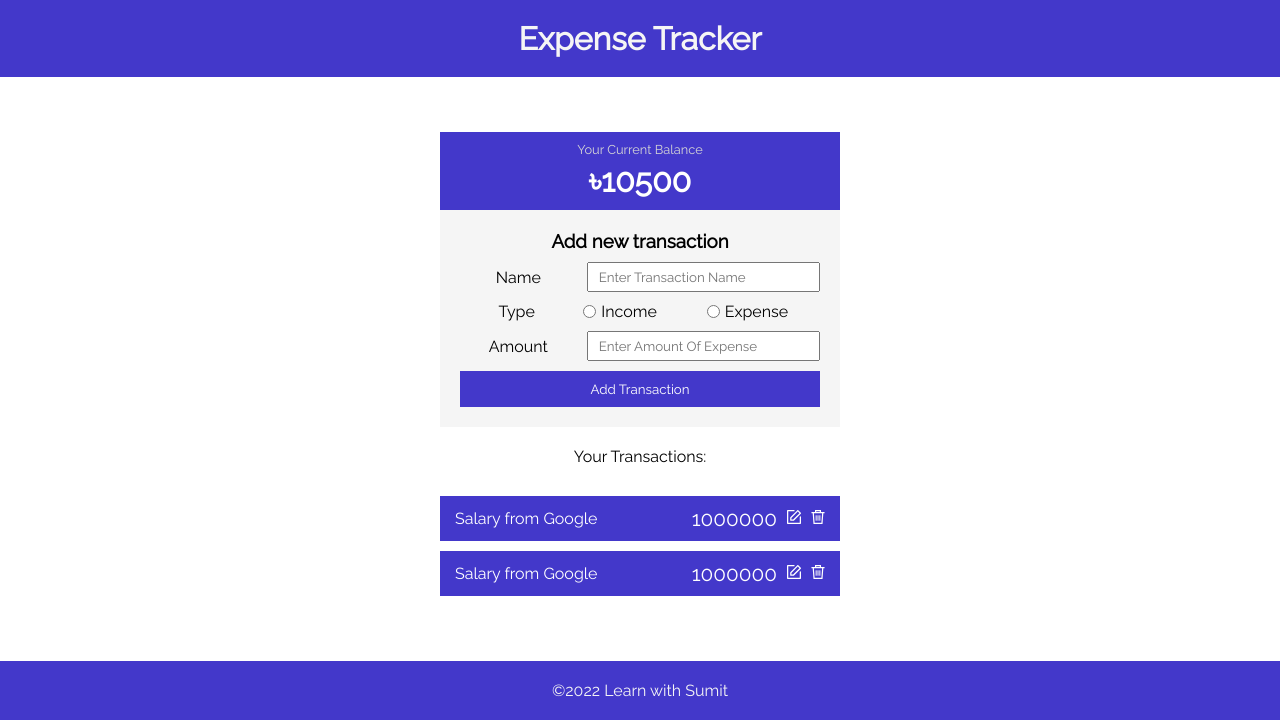
Repository: Tanvir3744/redux-expense-tracker
Page: /
The author's editor kept a copy of each file at every save. The page is drawn from the files as they stood at one save, then again after the next save.
The browser window is 1280 px wide. The pictures show the whole page.
The project was rebuilt for these pictures with package versions that can differ from the ones it lists, and the page was loaded fresh each time. Requests to the local data server were answered from the project's data file.

Above is the page before, as saved 2022-11-15 01:41:50.

### public/index.html
<!DOCTYPE html>
<html lang="en">
  <head>
    <meta charset="utf-8" />
    <link rel="icon" href="%PUBLIC_URL%/images/favicon.png" />
    <meta name="viewport" content="width=device-width, initial-scale=1" />
    <meta name="theme-color" content="#000000" />
    <meta
      name="description"
      content="Web site created using create-react-app"
    />
    <link rel="apple-touch-icon" href="%PUBLIC_URL%/logo192.png" />
    <!--
      manifest.json provides metadata used when your web app is installed on a
      user's mobile device or desktop. See https://developers.google.com/web/fundamentals/web-app-manifest/
    -->
    <link rel="manifest" href="%PUBLIC_URL%/manifest.json" />
    <link rel="stylesheet" href="%PUBLIC_URL%/css/style.css">

    <title>Monthly Expense Tracker</title>
  </head>
  <body>
    <noscript></noscript>
    <div id="root"></div>

  </body>
</html>

### src/app/store.js
import { configureStore, getDefaultMiddleware } from '@reduxjs/toolkit';
import transactionReducer from '../features/moneyTransApi/transSlice'

export const store = configureStore({
  reducer: {
    counter: transactionReducer,
  },
});

### src/App.js
import React from 'react';
import './App.css';
import Balance from './components/Balance';
import Form from './components/Form';
import Transations from './components/Transations';

function App() {
  return (
    <div className="App">
      <div className="header">
        <h1>Expense Tracker</h1>
      </div>
      <div className="main">
        <div className="container">
          <Balance />
          <Form />
          <Transations />
        </div>
      </div>
      {/* footer component */}
      <div className="footer">&copy;2022 Learn with Sumit</div>
    </div>
  );
}

export default App;

### src/features/moneyTransApi/transSlice.js
import { createAsyncThunk, createSlice } from "@reduxjs/toolkit"
import { getTransactions, addTransactions, updateTransactions, deleteTransactions } from './transApi'
// initializing the state
const initialState = {
    transactions: [],
    isLoading: false,
    isError: false,
    error: '',
    editing: {}
}

// async thunk for get request
export const fetchTransactions = createAsyncThunk('transaction/fetchTransaction', async () => {
    const transactions = await getTransactions()
    return transactions;
})

// async thunk for post data to server
export const createTransaction = createAsyncThunk('transaction/createTransaction', async (data) => {
    const transaction = await addTransactions(data);
    return transaction;
})

// async thunk for update data to server
export const updatingTransaction = createAsyncThunk('transaction/updateTransaction', async ({ id, data }) => {
    const editTransaction = await updateTransactions(id, data )  // here we always whould pass plain data not object
    return editTransaction;
})

// async thunk for deleting data from the server
export const deleteTransaction = createAsyncThunk('transaction/deleteTransaction', async (id) => {
    const delTransaction = await deleteTransactions(id);
    return delTransaction;
})

const transactionSlice = createSlice({
    name: 'transaction',
    initialState,
    reducers: {
        editActive: (state, action) => {
            state.editing = action.payload;
        },
        editInActive: (state, action) => {
            state.editing = {}
        }
    },
    extraReducers: (builder) => {
        builder
            .addCase(fetchTransactions.pending, (state, action) => {
                state.isLoading = false;
                state.isError = false;
            })
            .addCase(fetchTransactions.fulfilled, (state, action) => {
                state.isLoading = false;
                state.isError = false;
                state.error = '';
                state.transactions = action.payload;
            })
            .addCase(fetchTransactions.rejected, (state, action) => {
                state.isLoading = false;
                state.error = action.error?.message;
                state.isError = true;
                state.transactions = [];
            })
            .addCase(createTransaction.pending, (state, action) => {
                state.isLoading = false;
                state.isError = false;
            })
            .addCase(createTransaction.fulfilled, (state, action) => {
                state.isLoading = false;
                state.isError = false;
                state.error = '';
                state.transactions.push(action.payload);
            })
            .addCase(createTransaction.rejected, (state, action) => {
                state.isLoading = false;
                state.error = action.error?.message;
                state.isError = true;
            })
            .addCase(updatingTransaction.pending, (state, action) => {
                state.isLoading = false;
                state.isError = false;
            })
            .addCase(updatingTransaction.fulfilled, (state, action) => {
                state.isLoading = false;
                state.isError = false;
                state.error = '';
                const indexToUpdate = state.transactions.findIndex(transaction => transaction.id === action.payload.id)
                state.transactions[indexToUpdate] = action.payload;
            })
            .addCase(updatingTransaction.rejected, (state, action) => {
                state.isLoading = false;
                state.error = action.error?.message;
                state.isError = true;
            })
            .addCase(deleteTransaction.pending, (state, action) => {
                state.isLoading = false;
                state.isError = false;
            })
            .addCase(deleteTransaction.fulfilled, (state, action) => {
                state.isLoading = false;
                state.isError = false;
                state.error = '';
                state.transactions = state.transactions.filter(transaction => transaction.id !== action.meta.arg)
            })
            .addCase(deleteTransaction.rejected, (state, action) => {
                state.isLoading = false;
                state.error = action.error?.message;
                state.isError = true;
            })
    }
})

export default transactionSlice.reducer;
export const { editActive, editInActive} = transactionSlice.actions;

### src/components/Balance.js
import React from 'react'
import { useSelector } from 'react-redux'

export default function Balance() {
    const {transactions} = useSelector(state => state.counter)
    //calculating the balnce
    const handleBalance = () => {
        let income = 0;
        transactions.forEach(element => {
            if (transactions.type === 'income') {
                income += transactions.amount;
            } else {
                income -= transactions.amount;
            }
        });
        return income;
    }
    return (
        <div className="top_card">
            <p>Your Current Balance</p>
            <h3>
                <span>৳</span>
                <span>10500</span>
            </h3>
        </div>
    )
}

### src/components/Form.js
import React, { useEffect, useState } from 'react'
import { useDispatch, useSelector } from 'react-redux'
import { createTransaction, updatingTransaction } from '../features/moneyTransApi/transSlice'

export default function Form() {
    const [name, setName] = useState('')
    const [type, setType] = useState('')
    const [amount, setAmount] = useState('')
    const [edit, setEdit] = useState(false)


    const dispatch = useDispatch()
    const { isLoading, isError, error } = useSelector(state => state?.counter)

    const { editing } = useSelector(state => state?.counter) || {};
    //whenever we want to re-render somthing to our ui (update) we have to use useEffect for updating these things\
    /* useEffect(() => {
        const { id, name, amount, type } = editing || {};
        if (id) {
            setEdit(true)
            setName(name)
            setType(type)
            setAmount(amount)
        } else {
            setEdit(false)
            handleResetForm();
        }
    }, [editing, name, amount, type]) */
    useEffect(() => {
        const { id, name, amount, type } = editing || {};
        if (id) {
          setEdit(true);
          setName(name);
          setType(type);
          setAmount(amount);
        } else {
          setEdit(false);
          handleResetForm();
        }
      }, [editing]);

    const handleResetForm = () => {
        //making empty our input fields
        setName('')
        setType('')
        setAmount('')
    }

    const handleCreate = (e) => {
        e.preventDefault();
        dispatch(createTransaction({
            name: name,
            type: type,
            amount: Number(amount)
        }))
        handleResetForm();
    }

    const cancelEditMode = () => {
        setEdit(false)
        handleResetForm()
    }

    const handleUpdate = (e) => {
        e.preventDefault();
        dispatch(updatingTransaction({
            id: editing?.id,
            data: {
                name: name,
                amount: Number(amount),
                type: type,
            }
        }))
        handleResetForm();
    }

    return (
        <div className="form">
            <h3>Add new transaction</h3>

            <form onSubmit={edit ? handleUpdate : handleCreate}>

                <div className="form-group">
                    <label>Name</label>
                    <input
                        id='name'
                        type="text"
                        name="name"
                        placeholder="Enter Transaction Name"
                        value={name}
                        onChange={e => setName(e.target.value)}
                        required
                        className="px-2 py-1 border border-blue-300 focus:outline-none"
                    />
                </div>

                <div className="form-group radio">
                    <label>Type</label>
                    <div className="radio_group">
                        <input
                            type="radio"
                            value="income"
                            name="type"
                            checked={type === 'income'}
                            onChange={(e) => setType('income')}
                            required
                        />
                        <label>Income</label>
                    </div>
                    <div className="radio_group">
                        <input
                            type="radio"
                            value="expense"
                            name="type"
                            placeholder="Expense"
                            checked={type === 'expense'}
                            onChange={e => setType('expense')}
                            required
                        />
                        <label>Expense</label>
                    </div>
                </div>

                <div className="form-group">
                    <label>Amount</label>
                    <input
                        type="number"
                        placeholder="Enter Amount Of Expense"
                        name="amount"
                        value={amount}
                        onChange={e => setAmount(e.target.value)}
                        required
                    />
                </div>
                {
                    !isLoading && isError && (<small className='erorr'>There was an error occured{error}</small>)
                }
                <button disabled={isLoading} type="submit" className="btn">{edit ? "Update Transaction" : "Add Transaction"}</button>
            </form>


            {
                edit && <button className="btn cancel_edit" onClick={cancelEditMode}>Cancel Edit</button>
            }
        </div>
    )
}

### src/components/Transations.js
import React, { useEffect } from 'react'
import { useDispatch, useSelector } from 'react-redux'
import { fetchTransactions } from '../features/moneyTransApi/transSlice'
import AloneTransaction from './AloneTransaction'
export default function Transations() {
    const { isLoading, isError, error, transactions } = useSelector(state => state.counter)

    const dispatch = useDispatch()
    useEffect(() => {
        dispatch(fetchTransactions())
    },[dispatch])

    // decide what to render
    let content;
    if (isLoading && !isError) {
        content = '...loading...';
    }

    if (!isLoading && isError) {
        content = <small className='error'>{error?.message}</small>
    }

    if (!isLoading && !isError && transactions.length === 0) {
        content = <small className="error">No transactions found in queue</small>
    }

    return (
        <>
            <p className="second_heading">Your Transactions:</p>
            <div className="conatiner_of_list_of_transactions">
                <ul>
                    { !isLoading && !isError &&
                        transactions.map(transaction => <AloneTransaction key={transaction.id} transaction={transaction}  /> )
                    }
                </ul>
            </div>
        </>
    )
}

### src/features/moneyTransApi/transApi.js
import axios from '../../utils/axios'

//write get request to get transactions from server with axios
export const getTransactions = async () => {
    const response = await axios.get('/transactions');
    return response.data;
}

/*
post request to server {note: wehenever we need to post some data to server we should pass an object along the url.
But, here we are passing the whole object through a parameter to avoid the syntactical complexity.}
*/
export const addTransactions = async(data) => {
    const response = await axios.post('/transactions', data);
    return response.data;
}


/* update request with axios to make update feature in our application */
export const updateTransactions =async (id, data) => {
    const response = await axios.put(`/transactions/${ id }`, data);
    return response.data;
}

/* delete request with axios */
export const deleteTransactions = async (id) => {
    const response = await axios.delete(`/transactions/${ id }`);
    return response.data;
}

### src/components/AloneTransaction.js
import React from 'react';
import EditImage from '../Assests/images/edit.svg';
import DeleteImage from '../Assests/images/delete.svg'
import { deleteTransaction, editActive } from '../features/moneyTransApi/transSlice';
import { useDispatch } from 'react-redux';
const AloneTransaction = (props) => {
    const {id, name, type, amount} = props.transaction;
    const dispatch = useDispatch()
    const handleEdit = () => {
        dispatch(editActive(props.transaction))
    }

    //handling delete transactions
    const handleDelete = async () => {
        await dispatch(deleteTransaction(id))
        console.log(id)
    }
    return (
        <li className={`transaction ${type}`}>
            <p>{name}</p>
            <div className="right">
                <p>{amount}</p>
                <button onClick={handleEdit} className="link">
                    <img
                        alt='editImage'
                        className="icon"
                        src={EditImage}
                    />
                </button>
                <button className="link" onClick={handleDelete}>
                    <img
                        alt='deleteImage'
                        className="icon"
                        src={DeleteImage}
                    />
                </button>
            </div>
        </li>
    );
};

export default AloneTransaction;

### src/utils/axios.js
import axios from 'axios'
const axiosInstance = axios.create({
    baseURL : 'http://localhost:9000/'
})

export default axiosInstance;

### public/css/style.css
@import url("https://fonts.googleapis.com/css2?family=Raleway&display=swap");

* {
    margin: 0;
    padding: 0;
    box-sizing: border-box;
    font-family: "Raleway", sans-serif;
}

.App {
    display: flex;
    flex-direction: column;
    min-height: 100vh;
}

.header,
.footer {
    padding: 20px;
    text-align: center;
    background-color: #4338ca;
    color: whitesmoke;
}

.main {
    flex-grow: 1;
    display: flex;
}

.container {
    width: 90%;
    max-width: 1024px;
    margin: 20px auto;
    display: flex;
    flex-direction: column;
    justify-content: center;
    align-items: center;
    align-self: center;
}

.top_card {
    background-color: #4338ca;
    color: white;
    padding: 10px 20px;
    min-width: 400px;
}

.top_card p {
    color: #d6d6d6;
    margin-bottom: 5px;
    font-size: 0.8rem;
}

.top_card h3 {
    font-size: 2rem;
}

.form {
    background-color: #f5f5f5;
    padding: 20px;
    width: 400px;
}

.form-group {
    display: grid;
    grid-template-columns: 1fr 2fr;
    gap: 10px;
    margin-top: 10px;
    margin-bottom: 10px;
}

.radio {
    grid-template-columns: 1fr 1fr 1fr;
}

input {
    padding: 5px 10px;
}

.btn {
    width: 100%;
    border: none;
    outline: none;
    cursor: pointer;
    padding: 10px;
    background-color: #4338ca;
    color: white;
    transition: background-color 0.3s ease;
}

.btn:hover {
    background-color: #094d3d;
}

ul {
    list-style: none;
    width: 400px;
}

label {
    display: block;
    align-self: center;
}

.radio_group {
    display: flex;
    align-items: center;
    gap: 5px;
}

.transaction {
    margin: 10px 0;
    color: white;
    padding: 10px 15px;
    display: flex;
    justify-content: space-between;
    align-items: center;
}

.error{
    color: #9e1028;
    font-family:monospace;
}

.income {
    background-color: #4338ca;
}

.expense {
    background-color: #9e1028;
}

.expense {
    background-color: #e6425e;
}

.transaction .right {
    display: flex;
    justify-content: space-between;
    align-items: center;
    gap: 10px;
}

.link {
    background: none;
    color: white;
    cursor: pointer;
    outline: none;
    border: none;
    transition: color 0.3s ease;
}

.link:hover {
    color: #d1f3ff;
}

.icon {
    width: 14px;
    height: 14px;
}

.right {
    display: inline-flex;
    gap: 10;
}

.right p {
    font-size: 1.3rem;
}

.red {
    background-color: #e6425e !important;
}

.cancel_edit {
    margin-top: 10px;
    background-color: #e6425e !important;
}

.cancel_edit:hover {
    background-color: #9e1028 !important;
}

.second_heading {
    margin: 20px 0;
    text-align: left;
}

.conatiner_of_list_of_transactions ul {
    max-height: 500px;
    overflow-y: auto;
}

@media (max-width: 450px) {
    .top_card,
    .form {
        min-width: 90%;
        width: 90%;
    }

    .form-group {
        display: flex;
        flex-direction: column;
        justify-content: left;
        align-items: stretch;
    }

    label {
        align-self: flex-start;
        margin-bottom: 5px;
    }

    .conatiner_of_list_of_transactions {
        width: 90vw;
    }

    ul {
        width: 90vw;
        max-height: 100px;
        overflow-y: auto;
    }

    .transaction {
        width: 90%;
        margin: 10px auto;
    }

    * {
        font-size: 95% !important;
    }
}

### server/db_transactions.json
{
  "transactions": [
    {
      "id": 1,
      "name": "Salary from Google",
      "type": "income",
      "amount": 1000000
    },
    {
      "name": "Salary from Google",
      "type": "income",
      "amount": 1000000,
      "id": 2
    }
  ]
}

Loaded but not shown: src/index.js (common file); src/reportWebVitals.js (common file); src/index.css (common file); src/App.css (common file)

After the next save:
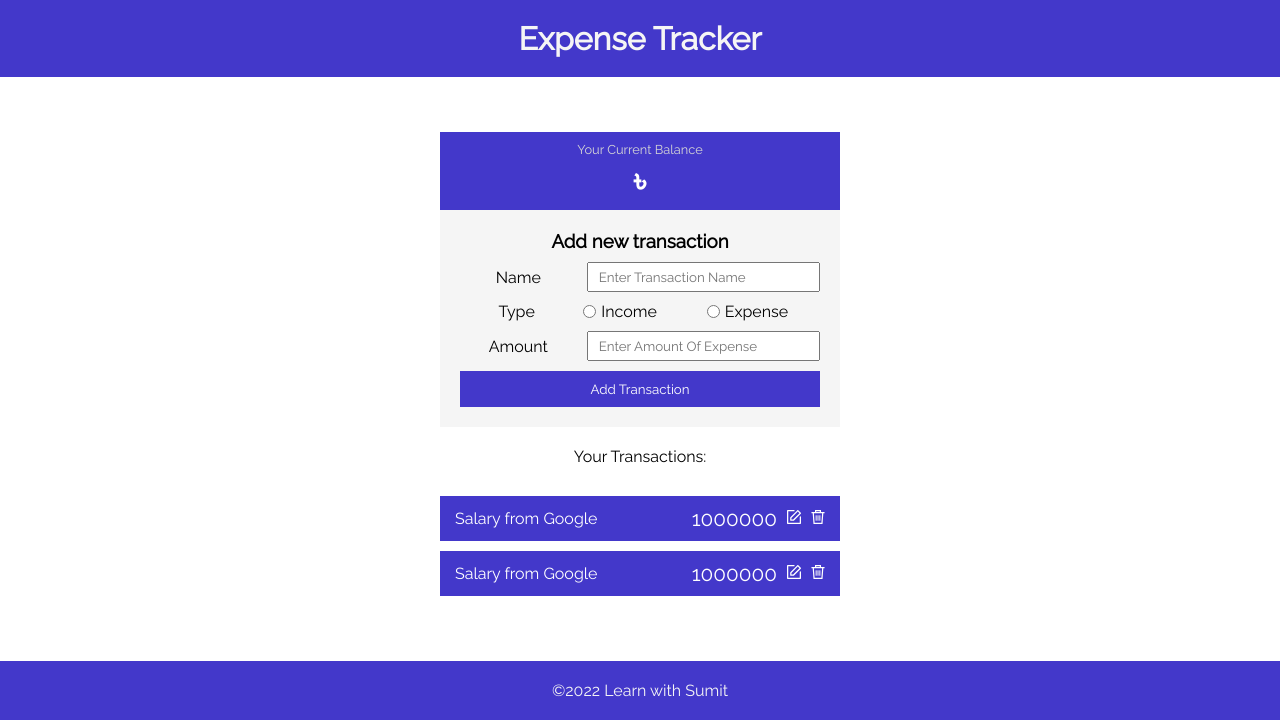
Saved 8 s later.
--- a/src/components/Balance.js
+++ b/src/components/Balance.js
@@ -20,7 +20,7 @@ export default function Balance() {
             <p>Your Current Balance</p>
             <h3>
                 <span>৳</span>
-                <span>10500</span>
+                <span>{handleBalance}</span>
             </h3>
         </div>
     )
